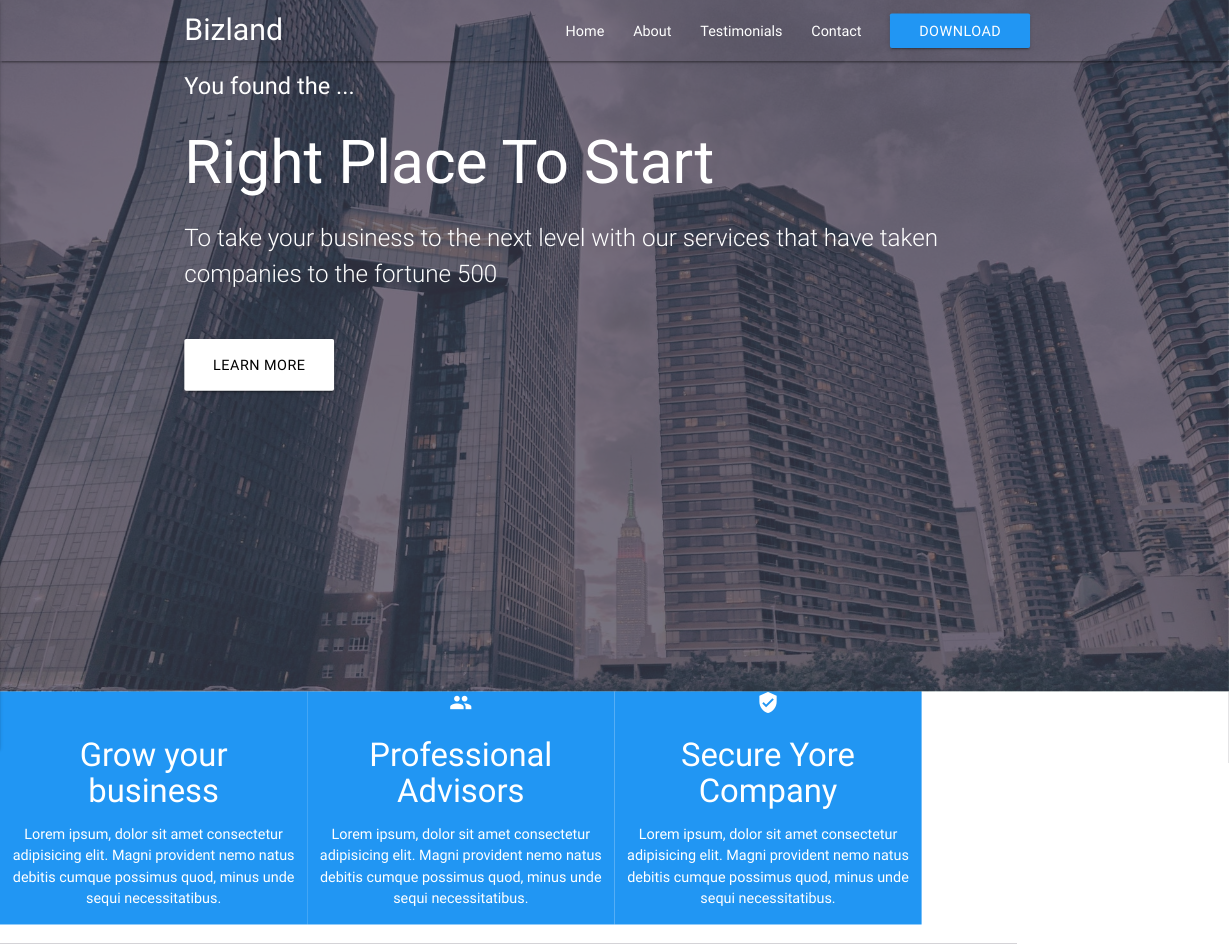
Repository: farrdy/bizland
Page: index.html
An editor plug-in stored every save of this project. The page is shown before and after the next save, followed by the edit.
The browser window is 1280 px wide. The pictures show the whole page, at 96% of full size.
Some web libraries are served in a nearby version.

Above is the page before, as saved 2020-01-04 13:42:37.

After the next save:
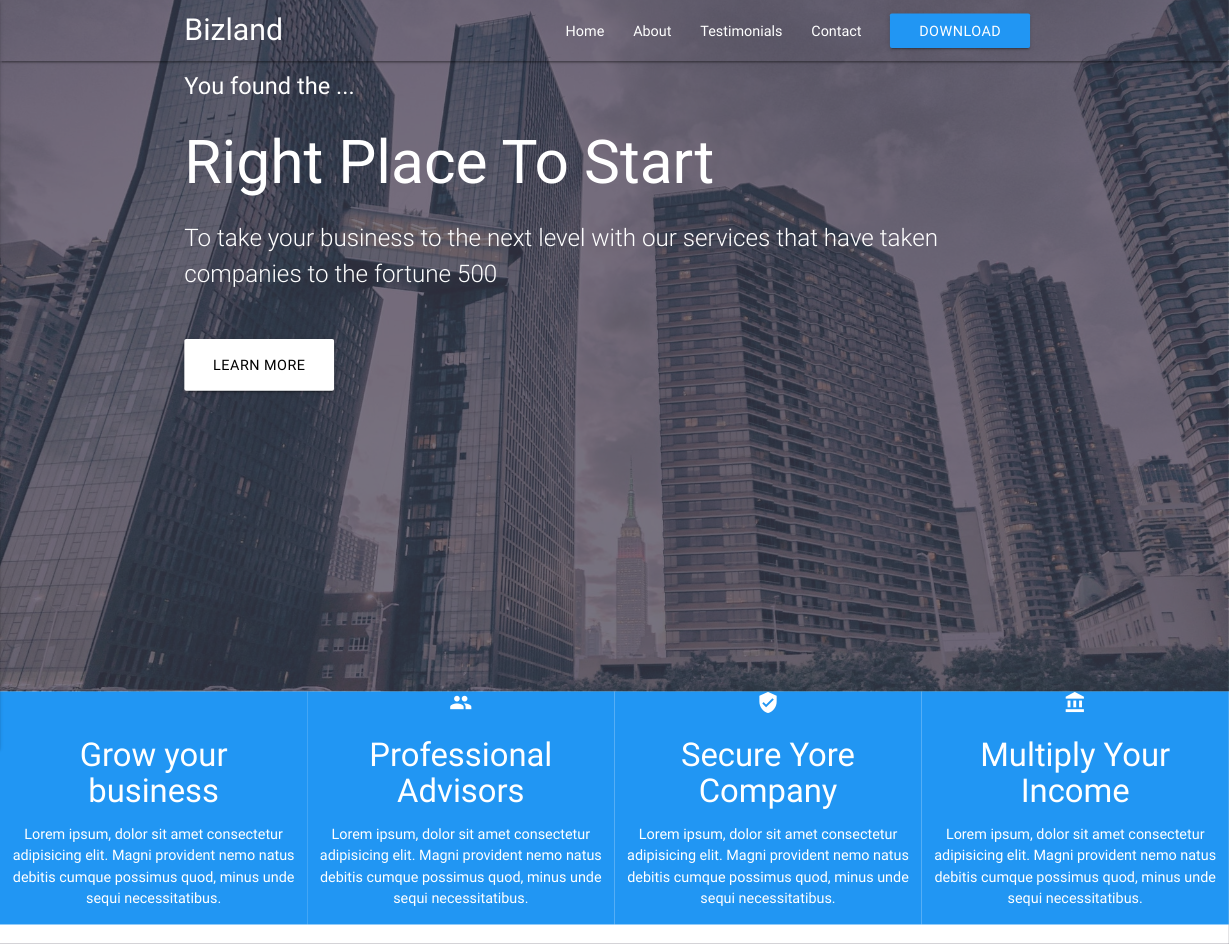
Saved 57 s later.
--- a/index.html
+++ b/index.html
@@ -123,6 +123,15 @@
             necessitatibus.
           </p>
         </div>
+        <div class="col s12 m6 l3 blue white-text box">
+          <i class="material-icons">account_balance</i>
+          <h4>Multiply Your Income</h4>
+          <p>
+            Lorem ipsum, dolor sit amet consectetur adipisicing elit. Magni
+            provident nemo natus debitis cumque possimus quod, minus unde sequi
+            necessitatibus.
+          </p>
+        </div>
       </div>
     </section>
 
